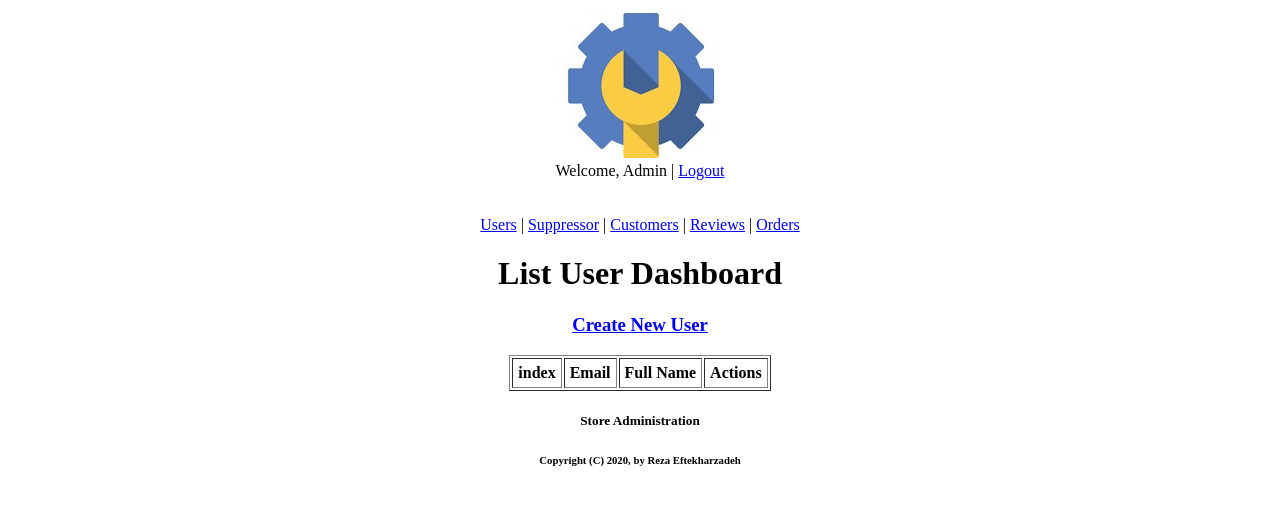
Repository: RezaEftekharzadeh/frey
Page: http://localhost/SilencerStoreProject/admin/user_list.jsp
These files come from the project's save history. The page is drawn as it stood at one moment and after the next save; the edit follows.
The browser window is 1280 px wide. The pictures show the whole page.
The page is served by Tomcat 9. Nobody is signed in. The application's start-up code is not run. Other server files are loaded and not shown.

Above is the page before, as saved 2020-07-18 09:59:53.

### SilencerStoreProject/WebContent/admin/user_list.jsp
<%@ page language="java" contentType="text/html; charset=ISO-8859-1"
    pageEncoding="ISO-8859-1"%>
    <%@ taglib prefix="c" uri="http://java.sun.com/jsp/jstl/core" %>
<!DOCTYPE html>
<html>
<head>
 <!-- <link rel="stylesheet" href="https://stackpath.bootstrapcdn.com/bootstrap/4.3.1/css/bootstrap.min.css" integrity="sha384-ggOyR0iXCbMQv3Xipma34MD+dH/1fQ784/j6cY/iJTQUOhcWr7x9JvoRxT2MZw1T" crossorigin="anonymous"> -->
<meta charset="ISO-8859-1">
<title>List Users page</title>
</head>
<body>
	<jsp:include page="header.jsp" />
	<div align="center">
	     <h1>List User Dashboard</h1>
	     <h3><a href="create">Create New User</a></h3>
    </div>

	<div align="center">
		<table border="1" cellPadding="5">
			<tr>
				<th>index</th>
				<th>Email</th>
				<th>Full Name</th>
				<th>Actions

				</th>
			</tr>
			<c:forEach var="user" items="${listUser}" varStatus="status">
				<tr>
					<td>${status.index+1}</td>
					<td>${user.email}</td>
					<td>${user.fullName}</td>
					<td>
						<a href="">Edith</a>
						<a href="">Delete</a>
					</td>
				</tr>

			</c:forEach>

		</table>

	</div>


     <jsp:include page="footer.jsp" />
</body>
</html>

### SilencerStoreProject/WebContent/admin/header.jsp
<div align="center">

	<div >
		 <img src="../images/admin-page.jpg">
	</div>

	<div >
	  Welcome, Admin | <a href="logout">Logout</a>
	</div>
	<br><br>

	<div>
		<a href="list_users">Users</a> |
		<a href="suppressor">Suppressor</a> |
		<a href="customers">Customers</a> |
		<a href="reviews">Reviews</a> |
		<a href="orders">Orders</a>
	</div>
</div>

### SilencerStoreProject/WebContent/admin/footer.jsp

<div align="center">

 <h5>Store Administration</h5>
 <h6> Copyright (C) 2020, by Reza Eftekharzadeh</h6>



</div>

After the next save:
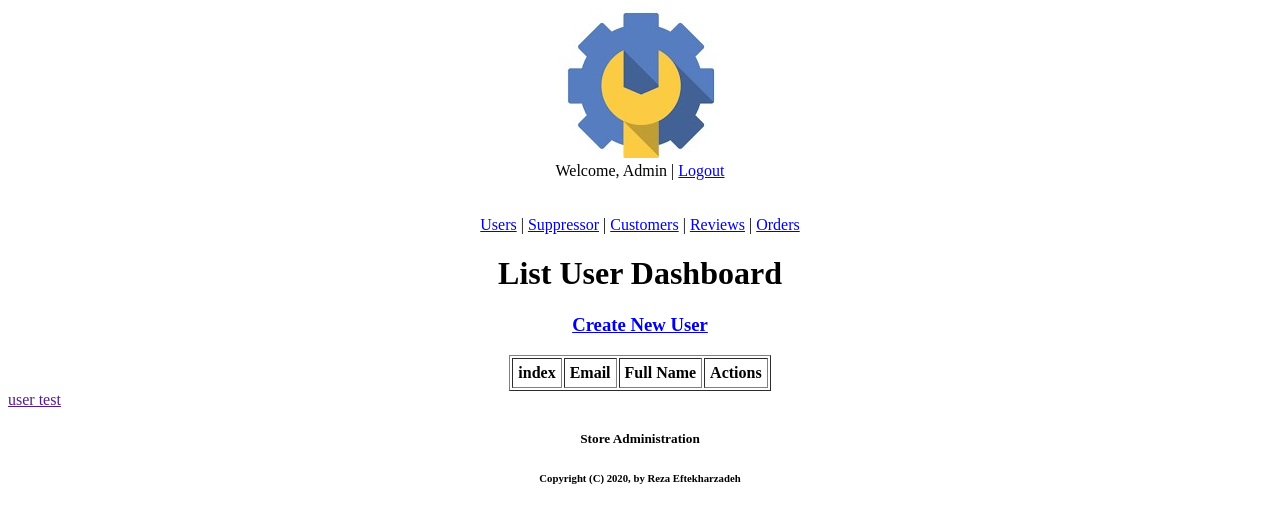
Saved 40 s later.
--- a/SilencerStoreProject/WebContent/admin/user_list.jsp
+++ b/SilencerStoreProject/WebContent/admin/user_list.jsp
@@ -41,7 +41,7 @@
 		</table>
 
 	</div>
-
+	<a href="">user test</a>
 
      <jsp:include page="footer.jsp" />
 </body>
